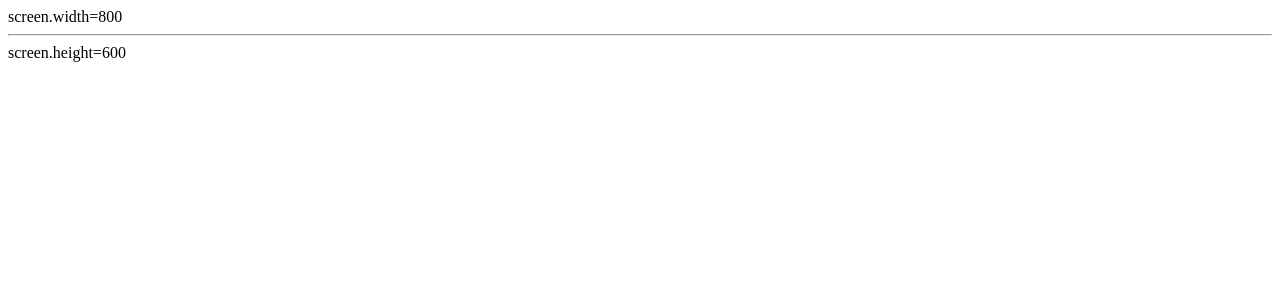
Repository: GrigoriyMo/stepthegame
Page: http://localhost/test.php
The author's editor kept a record of every edit. The page is drawn from the files as they stood at one moment, then again after the next edit.
The browser window is 1280 px wide. The pictures show the whole page.
The page is run by PHP 8.4 with error messages shown; the project is at /var/www/html/.

Above is the page before.

After the next edit:
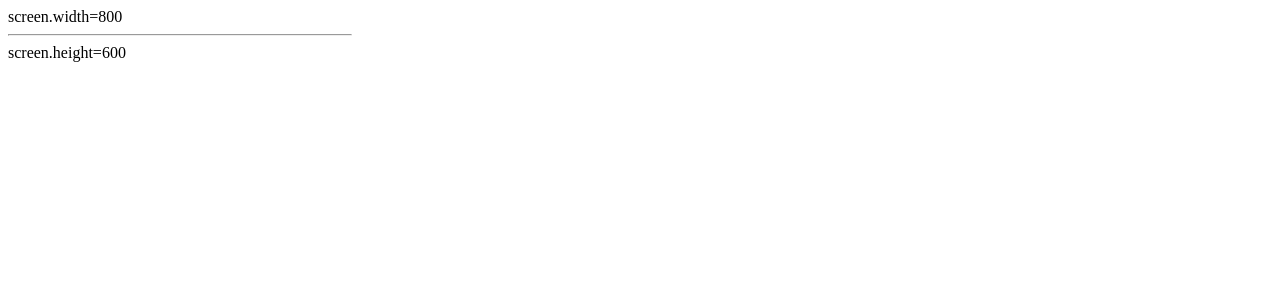
The edit:
--- a/test.php
+++ b/test.php
@@ -1,4 +1,9 @@
-
+<style>
+html{
+    width:360;
+    height:640;
+}
+</style>
 <meta charset="UTF-8">
 <?php
 /*
